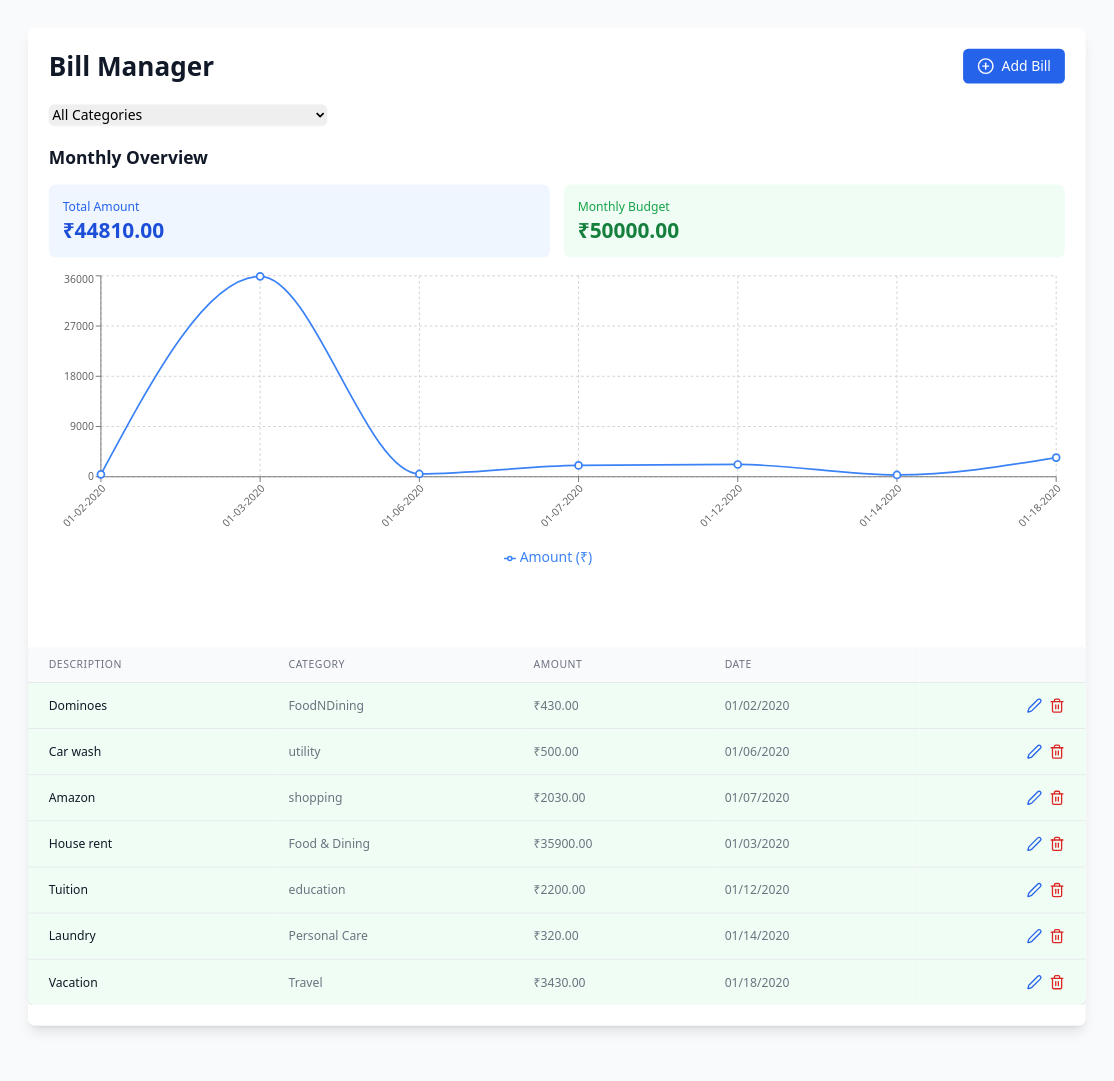
Repository: VISHALGUPTA100803/Billing_System
Page: /
These files come from the project's save history. The page is drawn as it stood at one moment and after a run of saves; the edit follows.
The browser window is 1280 px wide. The pictures show the whole page, at 87% of full size.
The project was rebuilt for these pictures with package versions that can differ from the ones it lists, and the page was loaded fresh each time. Also part of the build but not shown: vite.config.ts, src/components/BillForm.tsx.

Above is the page before, as saved 2025-01-29 13:07:03.

### index.html
<!doctype html>
<html lang="en">
  <head>
    <meta charset="UTF-8" />
    <link rel="icon" type="image/svg+xml" href="/favicon_io/favicon.ico" />
    <meta name="viewport" content="width=device-width, initial-scale=1.0" />
    <title>Bill Manager</title>
  </head>
  <body>
    <div id="root"></div>
    <script type="module" src="/src/main.tsx"></script>
  </body>
</html>

### src/main.tsx
import { StrictMode } from 'react';
import { createRoot } from 'react-dom/client';
import { Provider } from 'react-redux';
import { store } from './store/store';
import App from './App';
import './index.css';

createRoot(document.getElementById('root')!).render(
  <StrictMode>
    <Provider store={store}>
      <App />
    </Provider>
  </StrictMode>
);

### src/store/store.ts
import { configureStore } from '@reduxjs/toolkit';
import billReducer from './billSlice';

export const store = configureStore({
  reducer: {
    bills: billReducer
  }
});

export type RootState = ReturnType<typeof store.getState>;
export type AppDispatch = typeof store.dispatch;

### src/App.tsx
import { useState } from 'react';
import { useDispatch, useSelector } from 'react-redux';
import { RootState } from './store/store';
import { removeBill, setSelectedCategory } from './store/billSlice';
import BillForm from './components/BillForm';
import BillChart from './components/BillChart';
import { Bill } from './types/bill';
import { PlusCircle, Edit2, Trash2, Moon, Sun } from 'lucide-react';

// Date formatting utility function
const formatDate = (dateString: string) => {
  const date = new Date(dateString);
  return date.toLocaleDateString('en-US', {
    month: '2-digit',
    day: '2-digit',
    year: 'numeric'
  });
};

function App() {
  const dispatch = useDispatch();
  const { bills, selectedCategory, monthlyBudget } = useSelector((state: RootState) => state.bills);
  const [showForm, setShowForm] = useState(false);
  const [editingBill, setEditingBill] = useState<Bill | null>(null);




  const categories = Array.from(new Set(bills.map(bill => bill.category)));

  const filteredBills = selectedCategory
    ? bills.filter(bill => bill.category === selectedCategory)
    : bills;

  const totalAmount = filteredBills.reduce((sum, bill) => sum + parseFloat(bill.amount), 0);

  const handleEdit = (bill: Bill) => {
    setEditingBill(bill);
    setShowForm(true);
  };

  const handleDelete = (id: number) => {
    if (window.confirm('Are you sure you want to delete this bill?')) {
      dispatch(removeBill(id));
    }
  };

  const optimizeBills = () => {
    const sortedBills = [...bills]
      .sort((a, b) => parseFloat(a.amount) - parseFloat(b.amount));

    let currentSum = 0;
    const selectedBills: number[] = [];

    for (const bill of sortedBills) {
      if (currentSum + parseFloat(bill.amount) <= monthlyBudget) {
        currentSum += parseFloat(bill.amount);
        selectedBills.push(bill.id);
      }
    }

    return selectedBills;
  };

  const optimizedBillIds = optimizeBills();

  return (
    <div className="min-h-screen bg-gray-50 dark:bg-gray-900 transition-colors duration-200">
      <div className="max-w-7xl mx-auto px-4 sm:px-6 lg:px-8 py-8">
        <div className="bg-white dark:bg-gray-800 rounded-lg shadow-lg p-4 sm:p-6 mb-8 transition-colors duration-200">
          <div className="flex flex-col sm:flex-row justify-between items-start sm:items-center mb-6 gap-4">
            <h1 className="text-2xl sm:text-3xl font-bold text-gray-900 dark:text-white">Bill Manager</h1>
            <div className="flex gap-4 w-full sm:w-auto">

              <button
                onClick={() => setShowForm(true)}
                className="flex-1 sm:flex-none flex items-center justify-center gap-2 px-4 py-2 bg-blue-600 text-white rounded-md hover:bg-blue-700"
              >
                <PlusCircle size={20} />
                Add Bill
              </button>
            </div>
          </div>

          <div className="mb-6">
            <select
              value={selectedCategory || ''}
              onChange={(e) => dispatch(setSelectedCategory(e.target.value || null))}
              className="block w-full max-w-xs rounded-md border-gray-300 dark:border-gray-600 dark:bg-gray-700 dark:text-white shadow-sm focus:border-blue-500 focus:ring-blue-500"
            >
              <option value="">All Categories</option>
              {categories.map(category => (
                <option key={category} value={category}>{category}</option>
              ))}
            </select>
          </div>

          <div className="mb-8">
            <h2 className="text-xl font-semibold mb-4 text-gray-900 dark:text-white">Monthly Overview</h2>
            <div className="grid grid-cols-1 sm:grid-cols-2 gap-4 mb-4">
              <div className="bg-blue-50 dark:bg-blue-900/30 p-4 rounded-lg">
                <p className="text-sm text-blue-600 dark:text-red-400">Total Amount</p>
                <p className="text-xl sm:text-2xl font-bold text-blue-700 dark:text-blue-300">₹{totalAmount.toFixed(2)}</p>
              </div>
              <div className="bg-green-50 dark:bg-green-900/30 p-4 rounded-lg">
                <p className="text-sm text-green-600 dark:text-green-400">Monthly Budget</p>
                <p className="text-xl sm:text-2xl font-bold text-green-700 dark:text-green-300">₹{monthlyBudget.toFixed(2)}</p>
              </div>

            </div>
            <BillChart bills={filteredBills} />
          </div>

          <div className="overflow-x-auto -mx-4 sm:-mx-6">
            <div className="inline-block min-w-full align-middle">
              <div className="overflow-hidden shadow ring-1 ring-black ring-opacity-5 sm:rounded-lg">
                <table className="min-w-full divide-y divide-gray-200 dark:divide-gray-700">
                  <thead className="bg-gray-50 dark:bg-gray-700">
                    <tr>
                      <th scope="col" className="py-3 pl-4 pr-3 text-left text-xs font-medium text-gray-500 dark:text-gray-300 uppercase tracking-wider sm:pl-6">Description</th>
                      <th scope="col" className="px-3 py-3 text-left text-xs font-medium text-gray-500 dark:text-gray-300 uppercase tracking-wider">Category</th>
                      <th scope="col" className="px-3 py-3 text-left text-xs font-medium text-gray-500 dark:text-gray-300 uppercase tracking-wider">Amount</th>
                      <th scope="col" className="px-3 py-3 text-left text-xs font-medium text-gray-500 dark:text-gray-300 uppercase tracking-wider">Date</th>
                      <th scope="col" className="relative py-3 pl-3 pr-4 sm:pr-6">
                        <span className="sr-only">Actions</span>
                      </th>
                    </tr>
                  </thead>
                  <tbody className="bg-white dark:bg-gray-800 divide-y divide-gray-200 dark:divide-gray-700">
                    {filteredBills.map(bill => (
                      <tr
                        key={bill.id}
                        className={optimizedBillIds.includes(bill.id) ? 'bg-green-50 dark:bg-green-900/20' : ''}
                      >
                        <td className="whitespace-nowrap py-4 pl-4 pr-3 text-sm font-medium text-gray-900 dark:text-white sm:pl-6">{bill.description}</td>
                        <td className="whitespace-nowrap px-3 py-4 text-sm text-gray-500 dark:text-gray-300">{bill.category}</td>
                        <td className="whitespace-nowrap px-3 py-4 text-sm text-gray-500 dark:text-gray-300">₹{parseFloat(bill.amount).toFixed(2)}</td>
                        <td className="whitespace-nowrap px-3 py-4 text-sm text-gray-500 dark:text-gray-300">{formatDate(bill.date)}</td>
                        <td className="whitespace-nowrap py-4 pl-3 pr-4 text-right text-sm font-medium sm:pr-6">
                          <div className="flex justify-end space-x-2">
                            <button
                              onClick={() => handleEdit(bill)}
                              className="text-blue-600 dark:text-blue-400 hover:text-blue-800 dark:hover:text-blue-300"
                            >
                              <Edit2 size={18} />
                            </button>
                            <button
                              onClick={() => handleDelete(bill.id)}
                              className="text-red-600 dark:text-red-400 hover:text-red-800 dark:hover:text-red-300"
                            >
                              <Trash2 size={18} />
                            </button>
                          </div>
                        </td>
                      </tr>
                    ))}
                  </tbody>
                </table>
              </div>
            </div>
          </div>
        </div>
      </div>

      {showForm && (
        <BillForm
          onClose={() => {
            setShowForm(false);
            setEditingBill(null);
          }}
          initialData={editingBill || undefined}
        />
      )}
    </div>
  );
}

export default App;

### src/store/billSlice.ts
import { createSlice, PayloadAction } from '@reduxjs/toolkit';
import { Bill, BillState } from '../types/bill';

const initialState: BillState = {
  bills: [
    {
      id: 1,
      description: "Dominoes",
      category: "FoodNDining",
      amount: "430",
      date: "01-02-2020"
    },
    {
      id: 2,
      description: "Car wash",
      category: "utility",
      amount: "500",
      date: "01-06-2020"
    },
    {
      id: 3,
      description: "Amazon",
      category: "shopping",
      amount: "2030",
      date: "01-07-2020"
    },
    {
      id: 4,
      description: "House rent",
      category: "Food & Dining",
      amount: "35900",
      date: "01-03-2020"
    },
    {
      id: 5,
      description: "Tuition",
      category: "education",
      amount: "2200",
      date: "01-12-2020"
    },
    {
      id: 6,
      description: "Laundry",
      category: "Personal Care",
      amount: "320",
      date: "01-14-2020"
    },
    {
      id: 7,
      description: "Vacation",
      category: "Travel",
      amount: "3430",
      date: "01-18-2020"
    }
  ],
  selectedCategory: null,
  monthlyBudget: 50000
};

const billSlice = createSlice({
  name: 'bills',
  initialState,
  reducers: {
    addBill: (state, action: PayloadAction<Bill>) => {
      state.bills.push(action.payload);
    },
    editBill: (state, action: PayloadAction<Bill>) => {
      const index = state.bills.findIndex(bill => bill.id === action.payload.id);
      if (index !== -1) {
        state.bills[index] = action.payload;
      }
    },
    removeBill: (state, action: PayloadAction<number>) => {
      state.bills = state.bills.filter(bill => bill.id !== action.payload);
    },
    setSelectedCategory: (state, action: PayloadAction<string | null>) => {
      state.selectedCategory = action.payload;
    },
    setMonthlyBudget: (state, action: PayloadAction<number>) => {
      state.monthlyBudget = action.payload;
    }
  }
});

export const { addBill, editBill, removeBill, setSelectedCategory, setMonthlyBudget } = billSlice.actions;
export default billSlice.reducer;

### src/components/BillChart.tsx
import React from 'react';
import { LineChart, Line, XAxis, YAxis, CartesianGrid, Tooltip, Legend, ResponsiveContainer } from 'recharts';
import { Bill } from '../types/bill';

interface BillChartProps {
  bills: Bill[];
}

const BillChart: React.FC<BillChartProps> = ({ bills }) => {
  // Normalize date string to MM-DD-YYYY format
  const normalizeDate = (dateStr: string) => {
    // Check if date is in YYYY-MM-DD format
    const isYearFirst = /^\d{4}-\d{2}-\d{2}$/.test(dateStr);

    if (isYearFirst) {
      // Convert from YYYY-MM-DD to MM-DD-YYYY
      const [year, month, day] = dateStr.split('-');
      return `${month}-${day}-${year}`;
    }

    // Already in MM-DD-YYYY format
    return dateStr;
  };

  // Parse date string and return a Date object
  const parseDate = (dateStr: string) => {
    const normalizedDate = normalizeDate(dateStr);
    const [month, day, year] = normalizedDate.split('-').map(Number);
    return new Date(year, month - 1, day);
  };

  // Custom tooltip formatter
  const CustomTooltip = ({ active, payload, label }: any) => {
    if (active && payload && payload.length) {
      return (
        <div className="bg-white p-2 border border-gray-200 shadow-md">
          <p className="text-sm">{normalizeDate(label)}</p>
          <p className="text-sm text-blue-600">
            Amount: ₹{payload[0].value.toFixed(2)}
          </p>
        </div>
      );
    }
    return null;
  };

  const sortedBills = [...bills].sort((a, b) => {
    const dateA = parseDate(a.date);
    const dateB = parseDate(b.date);
    return dateA.getTime() - dateB.getTime();
  });

  const data = sortedBills.map(bill => ({
    date: bill.date,
    amount: parseFloat(bill.amount)
  }));

  return (
    <div className="h-[300px] sm:h-[400px] w-full">
      <ResponsiveContainer width="100%" height="100%">
        <LineChart data={data} margin={{ top: 5, right: 10, left: 0, bottom: 60 }}>
          <CartesianGrid strokeDasharray="3 3" />
          <XAxis
            dataKey="date"
            angle={-45}
            textAnchor="end"
            height={80}
            interval={0}
            tick={{ fontSize: 12 }}
            tickFormatter={normalizeDate}
          />
          <YAxis
            tick={{ fontSize: 12 }}
            width={60}
          />
          <Tooltip content={<CustomTooltip />} />
          <Legend />
          <Line
            type="monotone"
            dataKey="amount"
            stroke="#3b82f6"
            strokeWidth={2}
            dot={{ r: 4 }}
            activeDot={{ r: 6 }}
            name="Amount (₹)"
          />
        </LineChart>
      </ResponsiveContainer>
    </div>
  );
};

export default BillChart;

Loaded but not shown: src/index.css (common file); tailwind.config.js (common file)

After the next 4 saves:
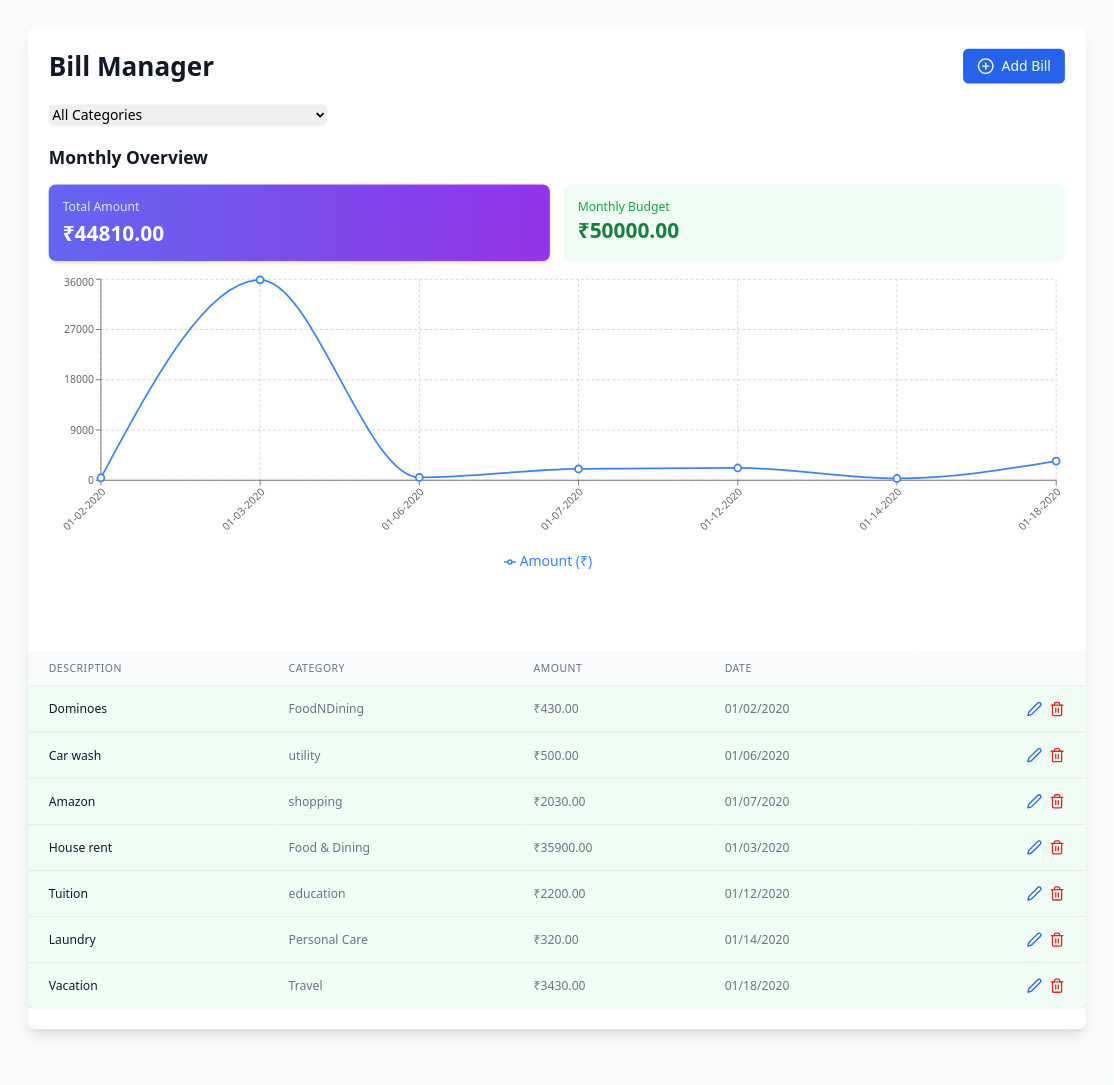
The 4 saves are shown as one change because 1 did not build or start and some came seconds apart.
The last was saved 2 min 3 s later.
--- a/src/App.tsx
+++ b/src/App.tsx
@@ -98,10 +98,14 @@ function App() {
           <div className="mb-8">
             <h2 className="text-xl font-semibold mb-4 text-gray-900 dark:text-white">Monthly Overview</h2>
             <div className="grid grid-cols-1 sm:grid-cols-2 gap-4 mb-4">
-              <div className="bg-blue-50 dark:bg-blue-900/30 p-4 rounded-lg">
+              {/* <div className="bg-blue-50 dark:bg-blue-900/30 p-4 rounded-lg">
                 <p className="text-sm text-blue-600 dark:text-red-400">Total Amount</p>
                 <p className="text-xl sm:text-2xl font-bold text-blue-700 dark:text-blue-300">₹{totalAmount.toFixed(2)}</p>
-              </div>
+              </div> */}
+              <div className="bg-gradient-to-r from-indigo-500 to-purple-600 p-4 rounded-lg shadow-md hover:shadow-lg transition-shadow">
+  <p className="text-indigo-100 text-sm mb-1">Total Amount</p>
+  <p className="text-white text-xl sm:text-2xl font-bold">₹{totalAmount.toFixed(2)}</p>
+</div>
               <div className="bg-green-50 dark:bg-green-900/30 p-4 rounded-lg">
                 <p className="text-sm text-green-600 dark:text-green-400">Monthly Budget</p>
                 <p className="text-xl sm:text-2xl font-bold text-green-700 dark:text-green-300">₹{monthlyBudget.toFixed(2)}</p>
